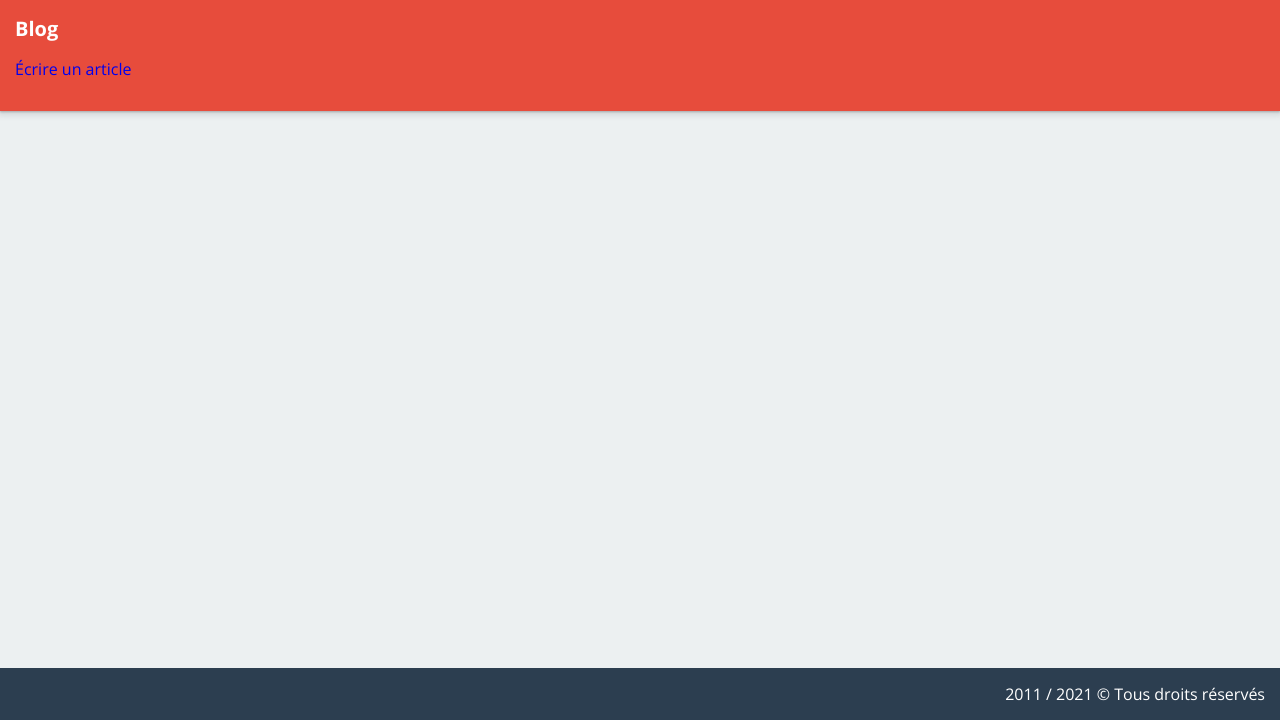
Repository: Yannis699/Projet_blog
Page: http://localhost/add-article.php
These files come from the project's save history. The page is drawn as it stood at one moment and after a run of saves; the edit follows.
The browser window is 1280 px wide. The pictures show the whole page.
The page is run by PHP 8.4 with error messages shown; the project is at /var/www/html/.

Above is the page before, as saved 2022-05-19 21:12:25.

### blog/add-article.php


<!DOCTYPE html>
<html lang="en">

<head>
    <?php require_once 'includes/head.php' ?>
    <link rel="stylesheet" href="public/css/add-article.css">
    <title>Créer un article</title>
</head>

<body>
    <div class="container">
        <?php require_once 'includes/header.php' ?>
        <div class="content">

        </div>
        <?php require_once 'includes/footer.php' ?>
    </div>

</body>

</html>

### blog/includes/head.php
<meta charset="UTF-8">
<meta http-equiv="X-UA-Compatible" content="IE=edge">
<meta name="viewport" content="width=device-width, initial-scale=1.0">
<link rel="stylesheet" href="public/css/style.css">
<script defer src="public/js/index.js"></script>
<link rel="preconnect" href="https://fonts.gstatic.com">
<link href="https://fonts.googleapis.com/css2?family=Open+Sans:wght@400;700&display=swap" rel="stylesheet">

### blog/includes/header.php
<header>
   <a href="/" class="logo">Blog</a>
   <ul class="header-menu">
       <li>
           <a href="/add-article.php"> Écrire un article </a>
       </li>
   </ul>
</header>

### blog/includes/footer.php
<footer>
    <p>2011 / 2021 © Tous droits réservés</p>
</footer>

### blog/public/css/style.css
/* theme */
:root {
  --font-family: 'Open Sans', sans-serif;
  --primary: #e74c3c;
  --dark: #2c3e50;
  --danger: #e74c3c;
  --background-light: #ecf0f1;
  --text-color: #444;
  --text-color-light: #fff;
  --box-shadow: rgba(60, 64, 67, 0.3) 0px 1px 2px 0px,
    rgba(60, 64, 67, 0.15) 0px 2px 6px 2px;
  --border: 1px solid #eee;
}

/* reset */

* {
  box-sizing: border-box;
}

html,
body {
  overflow: hidden;
  margin: 0;
  padding: 0;
  font-size: 10px;
  font-family: var(--font-family);
  background-color: var(--background-light);
}

h1,
p {
  margin: 0;
}

h1 {
  margin-bottom: 1rem;
}

ul {
  padding: 0;
  list-style-type: none;
}

a {
  text-decoration: none;
}

/* container */

.container {
  font-size: 1.6rem;
  min-height: 100vh;
  display: flex;
  flex-flow: column;
  color: var(--text-color);
}

/* text */

.text-danger {
  color: var(--danger);
  font-size: 1.2rem;
  font-weight: bold;
}

/* button */

.btn {
  background-color: white;
  font-weight: 700;
  color: var(--text-color);
  font-size: 1.6rem;
  border: 0;
  padding: 10px 15px;
  cursor: pointer;
  border-radius: 3px;
  margin: 0 5px;
  box-shadow: var(--box-shadow);
}

.btn-primary {
  background-color: var(--primary);
  color: var(--text-color-light);
}

.btn-danger {
  background-color: var(--danger);
  color: var(--text-color-light);
}

.btn-small {
  padding: 5px 10px;
  font-size: 1.4rem;
}

.low-opacity {
  opacity: 0.5;
}

/* header */

header {
  background-color: var(--primary);
  padding: 1.5rem;
  box-shadow: var(--box-shadow);
}

.logo {
  font-weight: 700;
  font-size: 2rem;
  color: var(--text-color-light);
}

/* footer */

footer {
  background: var(--dark);
  display: flex;
  flex-flow: row-reverse;
  color: var(--text-color-light);
  padding: 1.5rem;
}

/* content  */

.content {
  flex: 1;
  display: flex;
  flex-flow: row;
  justify-content: center;
  align-items: center;
}

### blog/public/js/index.js
console.log('Hello Dyma !');

### blog/public/css/add-article.css
.form-container {
    display: flex;
    flex-flow: column;
    width: 60rem;
}

.form-container h1 {
 margin-bottom: 2rem;
}

.form-control{
    display: flex;
    flex-flow: column;
    margin: 1rem 0;
}

.form-control-label {
    margin-bottom: 1rem;
}

.form-control input {
    border: var(--border);
    border-radius: 3px;
    padding: 1rem 1.5rem;
}

.form-control select {
    border: var(--border);
    padding: 1rem 1.5rem;
}

.form-control textarea {
    border: var(--border);
    padding: 1rem 1.5rem;
    min-height: 20rem;
}

.form-actions {
    display: flex;
    flex-flow: row nowrap;
    justify-content: flex-end;
}

After the next 3 saves:
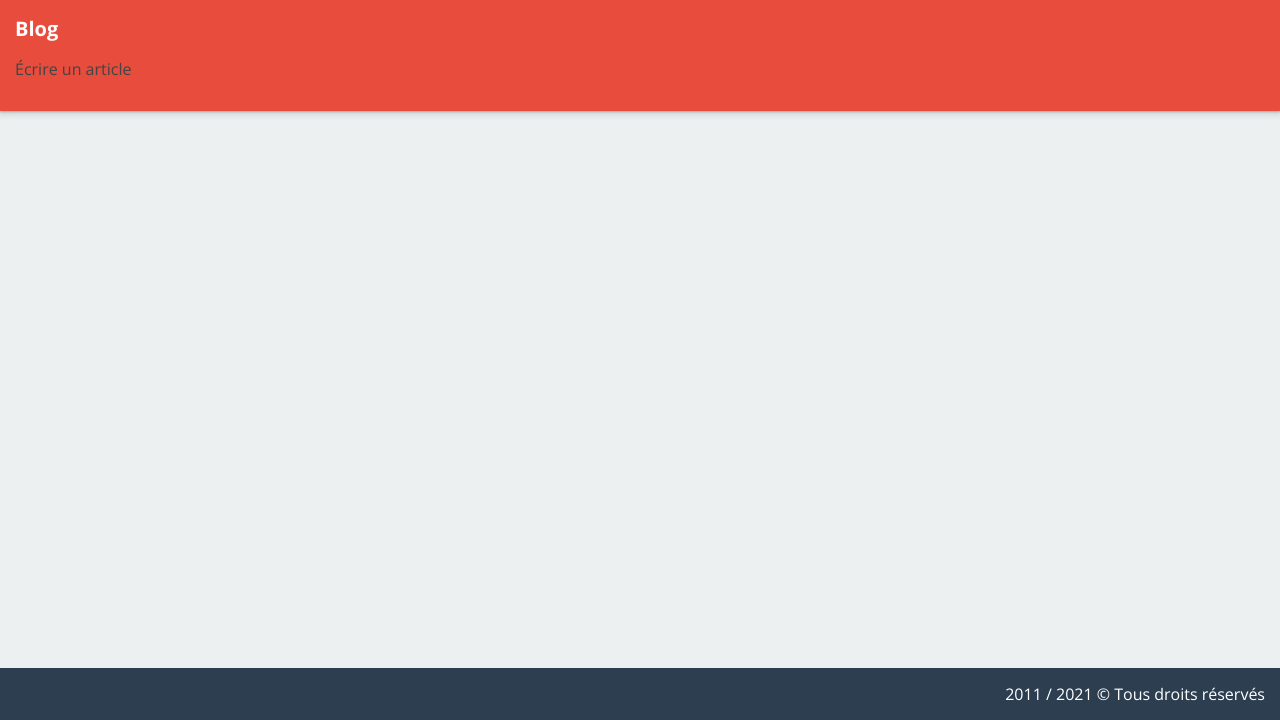
The 3 saves are shown as one change because they came seconds apart.
The last was saved 19 s later.
--- a/blog/public/css/style.css
+++ b/blog/public/css/style.css
@@ -43,6 +43,7 @@ ul {
 }
 
 a {
+  color: inherit;
   text-decoration: none;
 }
 
